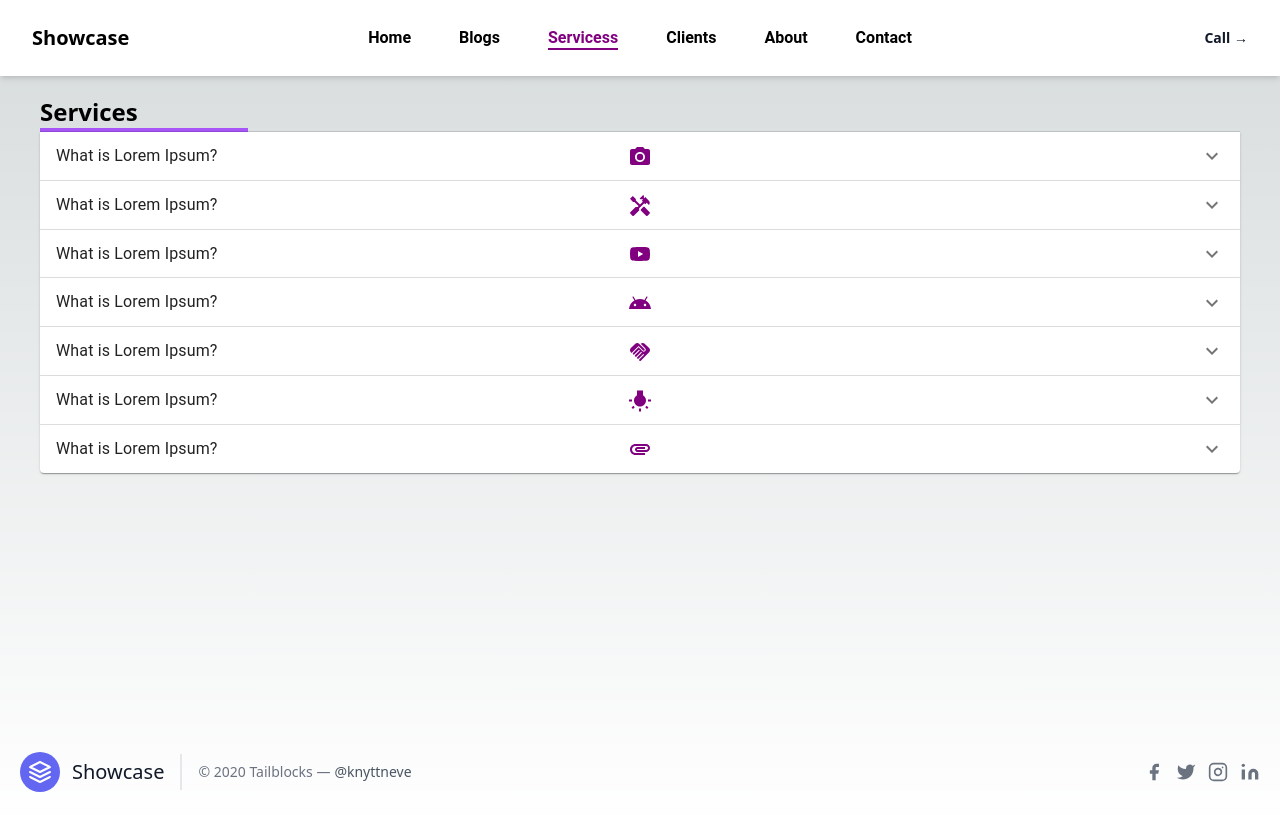
Repository: prashant523580/showcase
Page: /services
An editor plug-in stored every save of this project. The page is shown before and after the next save, followed by the edit.
The browser window is 1280 px wide. The pictures show the whole page.
The project was rebuilt for these pictures with package versions that can differ from the ones it lists, and the page was loaded fresh each time. The framework's server and built-in components were replaced by stand-ins that run in the browser. Also part of the build but not shown: next.config.js.

Above is the page before, as saved 2023-03-25 18:16:29.

### src/pages/_app.tsx
import Footer from '@/components/Footer'
import Navbar from '@/components/Navbar'
import React from "react";
import '@/styles/globals.css'
import type { AppProps } from 'next/app'
import AOS from "aos";
import "aos/dist/aos.css"
export default function App({ Component, pageProps }: AppProps) {
  React.useEffect(()=>{
      AOS.init()
  },[])
  return(
<>
    <Navbar/>
    <Component {...pageProps} />
    <Footer/>
</>
    )
}

### src/pages/services.tsx
import * as React from 'react';
import Accordion from '@mui/material/Accordion';
import AccordionDetails from '@mui/material/AccordionDetails';
import AccordionSummary from '@mui/material/AccordionSummary';
import Typography from '@mui/material/Typography';
import ExpandMoreIcon from '@mui/icons-material/ExpandMore';
import CameraAltIcon from '@mui/icons-material/CameraAlt';
import YouTubeIcon from '@mui/icons-material/YouTube';
import HandymanIcon from '@mui/icons-material/Handyman';
import AndroidIcon from '@mui/icons-material/Android';
import WbIncandescentIcon from '@mui/icons-material/WbIncandescent';
import HandshakeIcon from '@mui/icons-material/Handshake';
import AttachmentIcon from '@mui/icons-material/Attachment';
import htmlParser from "react-html-parser"
const services = [
    {
        id:"1",
        label: "What is Lorem Ipsum?",
        icon: <CameraAltIcon/>,
        description:"Lorem Ipsum is simply dummy text of the printing and typesetting industry. Lorem Ipsum has been the industry&apos;s standard dummy text ever since the 1500s, when an unknown printer took a galley of type and scrambled it to make a type specimen book. It has survived not only five centuries, but also the leap into electronic typesetting, remaining essentially unchanged. It was popularised in the 1960s with the release of Letraset sheets containing Lorem Ipsum passages, and more recently with desktop publishing software like Aldus PageMaker including versions of Lorem Ipsum."
    },
    {
        id:"2",
        label: "What is Lorem Ipsum?",
        icon:<HandymanIcon/>,
        description:"Lorem Ipsum is simply dummy text of the printing and typesetting industry. Lorem Ipsum has been the industry&apos;s standard dummy text ever since the 1500s, when an unknown printer took a galley of type and scrambled it to make a type specimen book. It has survived not only five centuries, but also the leap into electronic typesetting, remaining essentially unchanged. It was popularised in the 1960s with the release of Letraset sheets containing Lorem Ipsum passages, and more recently with desktop publishing software like Aldus PageMaker including versions of Lorem Ipsum."
    },
    {
        id:"3",
        label: "What is Lorem Ipsum?",
        icon:<YouTubeIcon/>,
        description:"Lorem Ipsum is simply dummy text of the printing and typesetting industry. Lorem Ipsum has been the industry&apos;s standard dummy text ever since the 1500s, when an unknown printer took a galley of type and scrambled it to make a type specimen book. It has survived not only five centuries, but also the leap into electronic typesetting, remaining essentially unchanged. It was popularised in the 1960s with the release of Letraset sheets containing Lorem Ipsum passages, and more recently with desktop publishing software like Aldus PageMaker including versions of Lorem Ipsum."
    },
    {
        id:"4",
        label: "What is Lorem Ipsum?",
        icon:<AndroidIcon/>,
        description:"Lorem Ipsum is simply dummy text of the printing and typesetting industry. Lorem Ipsum has been the industry&apos;s standard dummy text ever since the 1500s, when an unknown printer took a galley of type and scrambled it to make a type specimen book. It has survived not only five centuries, but also the leap into electronic typesetting, remaining essentially unchanged. It was popularised in the 1960s with the release of Letraset sheets containing Lorem Ipsum passages, and more recently with desktop publishing software like Aldus PageMaker including versions of Lorem Ipsum."
    },
    {
        id:"5",
        label: "What is Lorem Ipsum?",
        icon:<HandshakeIcon/>,
        description:"Lorem Ipsum is simply dummy text of the printing and typesetting industry. Lorem Ipsum has been the industry&apos;s standard dummy text ever since the 1500s, when an unknown printer took a galley of type and scrambled it to make a type specimen book. It has survived not only five centuries, but also the leap into electronic typesetting, remaining essentially unchanged. It was popularised in the 1960s with the release of Letraset sheets containing Lorem Ipsum passages, and more recently with desktop publishing software like Aldus PageMaker including versions of Lorem Ipsum."
    },
    {
        id:"6",
        label: "What is Lorem Ipsum?",
        icon:<WbIncandescentIcon/>,
        description:"Lorem Ipsum is simply dummy text of the printing and typesetting industry. Lorem Ipsum has been the industry&apos;s standard dummy text ever since the 1500s, when an unknown printer took a galley of type and scrambled it to make a type specimen book. It has survived not only five centuries, but also the leap into electronic typesetting, remaining essentially unchanged. It was popularised in the 1960s with the release of Letraset sheets containing Lorem Ipsum passages, and more recently with desktop publishing software like Aldus PageMaker including versions of Lorem Ipsum."
    },
    {
        id:"7",
        label: "What is Lorem Ipsum?",
        icon:<AttachmentIcon/>,
        description:"Lorem Ipsum is simply dummy text of the printing and typesetting industry. Lorem Ipsum has been the industry&apos;s standard dummy text ever since the 1500s, when an unknown printer took a galley of type and scrambled it to make a type specimen book. It has survived not only five centuries, but also the leap into electronic typesetting, remaining essentially unchanged. It was popularised in the 1960s with the release of Letraset sheets containing Lorem Ipsum passages, and more recently with desktop publishing software like Aldus PageMaker including versions of Lorem Ipsum."
    },
]
export default function Sercices() {
  const [expanded, setExpanded] = React.useState<string | false>(false);

  const handleChange =
    (panel: string) => (event: React.SyntheticEvent, isExpanded: boolean) => {
      setExpanded(isExpanded ? panel : false);
    };

  return (
    <div className='py-24 px-10 h-[100vh]'>
        <h1 className='font-bold text-2xl'>Services</h1>
        <div  className='w-52 h-1 bg-purple-500'></div>
        {
            services.map((service,ind) => {
                return(

                <Accordion expanded={expanded === `panel${ind}`} onChange={handleChange(`panel${ind}`)}>
                    <AccordionSummary
                    expandIcon={<ExpandMoreIcon />}
                    aria-controls="panel1bh-content"
                    id="panel1bh-header"
                    >
                    <Typography sx={{ width: '50%', flexShrink: 0 }}>
                        {service.label}
                    </Typography>
                    <Typography sx={{ color: 'purple' }}>{service.icon}</Typography>
                    </AccordionSummary>
                    <AccordionDetails>
                    <Typography>
                       {htmlParser(service.description)}
                    </Typography>
                    </AccordionDetails>
                </Accordion>
                )
            })
        }

    </div>
  );
}

### src/components/Footer.tsx
import React from 'react'

export default function Footer() {
  return (
    <footer className="text-gray-600 body-font">
  <div className="container px-5 py-8 mx-auto flex items-center sm:flex-row flex-col">
    <a className="flex title-font font-medium items-center md:justify-start justify-center text-gray-900">
      <svg xmlns="http://www.w3.org/2000/svg" fill="none" stroke="currentColor" stroke-linecap="round" stroke-linejoin="round" stroke-width="2" className="w-10 h-10 text-white p-2 bg-indigo-500 rounded-full" viewBox="0 0 24 24">
        <path d="M12 2L2 7l10 5 10-5-10-5zM2 17l10 5 10-5M2 12l10 5 10-5"></path>
      </svg>
      <span className="ml-3 text-xl">Showcase</span>
    </a>
    <p className="text-sm text-gray-500 sm:ml-4 sm:pl-4 sm:border-l-2 sm:border-gray-200 sm:py-2 sm:mt-0 mt-4">© 2020 Tailblocks —
      <a href="https://twitter.com/knyttneve" className="text-gray-600 ml-1" rel="noopener noreferrer" target="_blank">@knyttneve</a>
    </p>
    <span className="inline-flex sm:ml-auto sm:mt-0 mt-4 justify-center sm:justify-start">
      <a className="text-gray-500">
        <svg fill="currentColor" stroke-linecap="round" stroke-linejoin="round" stroke-width="2" className="w-5 h-5" viewBox="0 0 24 24">
          <path d="M18 2h-3a5 5 0 00-5 5v3H7v4h3v8h4v-8h3l1-4h-4V7a1 1 0 011-1h3z"></path>
        </svg>
      </a>
      <a className="ml-3 text-gray-500">
        <svg fill="currentColor" stroke-linecap="round" stroke-linejoin="round" stroke-width="2" className="w-5 h-5" viewBox="0 0 24 24">
          <path d="M23 3a10.9 10.9 0 01-3.14 1.53 4.48 4.48 0 00-7.86 3v1A10.66 10.66 0 013 4s-4 9 5 13a11.64 11.64 0 01-7 2c9 5 20 0 20-11.5a4.5 4.5 0 00-.08-.83A7.72 7.72 0 0023 3z"></path>
        </svg>
      </a>
      <a className="ml-3 text-gray-500">
        <svg fill="none" stroke="currentColor" stroke-linecap="round" stroke-linejoin="round" stroke-width="2" className="w-5 h-5" viewBox="0 0 24 24">
          <rect width="20" height="20" x="2" y="2" rx="5" ry="5"></rect>
          <path d="M16 11.37A4 4 0 1112.63 8 4 4 0 0116 11.37zm1.5-4.87h.01"></path>
        </svg>
      </a>
      <a className="ml-3 text-gray-500">
        <svg fill="currentColor" stroke="currentColor" stroke-linecap="round" stroke-linejoin="round" stroke-width="0" className="w-5 h-5" viewBox="0 0 24 24">
          <path stroke="none" d="M16 8a6 6 0 016 6v7h-4v-7a2 2 0 00-2-2 2 2 0 00-2 2v7h-4v-7a6 6 0 016-6zM2 9h4v12H2z"></path>
          <circle cx="4" cy="4" r="2" stroke="none"></circle>
        </svg>
      </a>
    </span>
  </div>
</footer>
  )
}

### src/components/Navbar.tsx
// import React from 'react'

// export default function Navbar() {
//   return (
//     <header className="text-gray-600 body-font">
//   <div className="container mx-auto flex flex-wrap p-5 flex-col md:flex-row items-center">
//     <nav className="flex lg:w-2/5 flex-wrap items-center text-base md:ml-auto">
//       <a className="mr-5 hover:text-gray-900">First Link</a>
//       <a className="mr-5 hover:text-gray-900">Second Link</a>
//       <a className="mr-5 hover:text-gray-900">Third Link</a>
//       <a className="hover:text-gray-900">Fourth Link</a>
//     </nav>
//     <a className="flex order-first lg:order-none lg:w-1/5 title-font font-medium items-center text-gray-900 lg:items-center lg:justify-center mb-4 md:mb-0">
//       <svg xmlns="http://www.w3.org/2000/svg" fill="none" stroke="currentColor" stroke-linecap="round" stroke-linejoin="round" stroke-width="2" className="w-10 h-10 text-white p-2 bg-indigo-500 rounded-full" viewBox="0 0 24 24">
//         <path d="M12 2L2 7l10 5 10-5-10-5zM2 17l10 5 10-5M2 12l10 5 10-5"></path>
//       </svg>
//       <span className="ml-3 text-xl">Tailblocks</span>
//     </a>
//     <div className="lg:w-2/5 inline-flex lg:justify-end ml-5 lg:ml-0">
//       <button className="inline-flex items-center bg-gray-100 border-0 py-1 px-3 focus:outline-none hover:bg-gray-200 rounded text-base mt-4 md:mt-0">Button
//         <svg fill="none" stroke="currentColor" stroke-linecap="round" stroke-linejoin="round" stroke-width="2" className="w-4 h-4 ml-1" viewBox="0 0 24 24">
//           <path d="M5 12h14M12 5l7 7-7 7"></path>
//         </svg>
//       </button>
//     </div>
//   </div>
// </header>
//   )
// }
import React, { useState } from 'react'
import {useRouter} from "next/router"
import { Dialog } from '@headlessui/react'
import { Bars3Icon, XMarkIcon } from '@heroicons/react/24/outline'
import Link from 'next/link'

const navigation = [
  { name: 'Home', href: '/' },
  { name: 'Blogs', href: '/blogs' },
  { name: 'Servicess', href: '/services' },
  { name: 'Clients', href: '/clients' },
  { name: 'About', href: '/about' },
  { name: 'Contact', href: '/contact' },
]
function ActiveLink({ children, href } : any) {
  const router = useRouter();
  const style = {
      // padding: 10,
    // marginRight: 10,
    fontWeight:"bold",
    color: router.asPath === href ? 'purple' : 'black',
    boxShadow:  router.asPath === href ? "inset 0 -2px 0 0 purple" : "none",
    fontFamily: "'Roboto', sans-serif",
  }

  const handleClick = (e : any) => {
    e.preventDefault()
    router.push(href)
  }

  return (
    <a href={href} onClick={handleClick} style={style}>
      {children}
    </a>
  )
}
export default function Example() {
  const [mobileMenuOpen, setMobileMenuOpen] = useState(false)

  return (
    <div className="bg-white">
      <header className="absolute shadow-md bg-white inset-x-0 top-0 z-50">
        <nav className="flex items-center justify-between p-6 lg:px-8" aria-label="Global">
          <div className="flex lg:flex-1">
            <Link href="/" className="-m-1.5 p-1.5">
              <span className="sr-only">Showcase</span>
              {/* <img
                className="h-8 w-auto"
                src="https://tailwindui.com/img/logos/mark.svg?color=indigo&shade=600"
                alt=""
              /> */}
              <h1 className='font-bold text-xl'>Showcase</h1>
            </Link>
          </div>
          <div className="flex lg:hidden">
            <button
              type="button"
              className="-m-2.5 inline-flex items-center justify-center rounded-md p-2.5 text-gray-700"
              onClick={() => setMobileMenuOpen(true)}
            >
              <span className="sr-only">Open main menu</span>
              <Bars3Icon className="h-6 w-6" aria-hidden="true" />
            </button>
          </div>
          <div className="hidden lg:flex lg:gap-x-12">
            {navigation.map((item) => (
              <ActiveLink key={item.name} href={item.href}>
                {item.name}
              </ActiveLink>
            ))}
          </div>
          <div className="hidden lg:flex lg:flex-1 lg:justify-end">
            <Link href="tel:+9779816514719" className="text-sm font-semibold leading-6 text-gray-900">
              Call <span aria-hidden="true">&rarr;</span>
            </Link>
          </div>
        </nav>
        <Dialog as="div" className="lg:hidden transition-all" open={mobileMenuOpen} onClose={setMobileMenuOpen}>
          <div className="fixed inset-0 z-50  transition-all" />
          <Dialog.Panel className="fixed transition-all inset-y-0 right-0 z-50 w-full overflow-y-auto bg-white px-6 py-6 sm:max-w-sm sm:ring-1 sm:ring-gray-900/10">
            <div className="flex items-center justify-between">
              <Link href="#" className="-m-1.5 p-1.5">
                <span className="sr-only">Showcase</span>
                <img
                  className="h-8 w-auto"
                  src="https://tailwindui.com/img/logos/mark.svg?color=indigo&shade=600"
                  alt=""
                />
              </Link>
              <button
                type="button"
                className="-m-2.5 rounded-md p-2.5 text-gray-700"
                onClick={() => setMobileMenuOpen(false)}
              >
                <span className="sr-only">Close menu</span>
                <XMarkIcon className="h-6 w-6" aria-hidden="true" />
              </button>
            </div>
            <div className="mt-6 flow-root">
              <div className="-my-6 divide-y divide-gray-500/10">
                <div className="space-y-2 py-6">
                  {navigation.map((item) => (
                    <Link
                      key={item.name}
                      href={item.href}
                      className="-mx-3 block rounded-lg py-2 px-3 text-base font-semibold leading-7 text-gray-900 hover:bg-gray-50"
                    >
                      {item.name}
                    </Link>
                  ))}
                </div>
                <div className="py-6">
                  <Link
                    href="#"
                    className="-mx-3 block rounded-lg py-2.5 px-3 text-base font-semibold leading-7 text-gray-900 hover:bg-gray-50"
                  >
                    Log in
                  </Link>
                </div>
              </div>
            </div>
          </Dialog.Panel>
        </Dialog>
      </header>


    </div>
  )
}

### src/styles/globals.css
@tailwind base;
@tailwind components;
@tailwind utilities;
@import url('https://fonts.googleapis.com/css2?family=Aclonica&family=Caveat&family=DM+Serif+Text&family=Oswald&family=Roboto&family=Vollkorn&display=swap');

:root {
  --max-width: 1100px;
  --border-radius: 12px;
  --font-mono: ui-monospace, Menlo, Monaco, 'Cascadia Mono', 'Segoe UI Mono',
    'Roboto Mono', 'Oxygen Mono', 'Ubuntu Monospace', 'Source Code Pro',
    'Fira Mono', 'Droid Sans Mono', 'Courier New', monospace;

  --foreground-rgb: 0, 0, 0;
  --background-start-rgb: 214, 219, 220;
  --background-end-rgb: 255, 255, 255;

  --primary-glow: conic-gradient(
    from 180deg at 50% 50%,
    #16abff33 0deg,
    #0885ff33 55deg,
    #54d6ff33 120deg,
    #0071ff33 160deg,
    transparent 360deg
  );
  --secondary-glow: radial-gradient(
    rgba(255, 255, 255, 1),
    rgba(255, 255, 255, 0)
  );

  --tile-start-rgb: 239, 245, 249;
  --tile-end-rgb: 228, 232, 233;
  --tile-border: conic-gradient(
    #00000080,
    #00000040,
    #00000030,
    #00000020,
    #00000010,
    #00000010,
    #00000080
  );

  --callout-rgb: 238, 240, 241;
  --callout-border-rgb: 172, 175, 176;
  --card-rgb: 180, 185, 188;
  --card-border-rgb: 131, 134, 135;
}

@media (prefers-color-scheme: dark) {
  :root {
    --foreground-rgb: 255, 255, 255;
    --background-start-rgb: 0, 0, 0;
    --background-end-rgb: 0, 0, 0;

    --primary-glow: radial-gradient(rgba(1, 65, 255, 0.4), rgba(1, 65, 255, 0));
    --secondary-glow: linear-gradient(
      to bottom right,
      rgba(1, 65, 255, 0),
      rgba(1, 65, 255, 0),
      rgba(1, 65, 255, 0.3)
    );

    --tile-start-rgb: 2, 13, 46;
    --tile-end-rgb: 2, 5, 19;
    --tile-border: conic-gradient(
      #ffffff80,
      #ffffff40,
      #ffffff30,
      #ffffff20,
      #ffffff10,
      #ffffff10,
      #ffffff80
    );

    --callout-rgb: 20, 20, 20;
    --callout-border-rgb: 108, 108, 108;
    --card-rgb: 100, 100, 100;
    --card-border-rgb: 200, 200, 200;
  }
}

* {
  box-sizing: border-box;
  padding: 0;
  margin: 0;
}

html,
body {
  max-width: 100vw;
  overflow-x: hidden;

}

body {
  color: rgb(var(--foreground-rgb));
  background: linear-gradient(
      to bottom,
      transparent,
      rgb(var(--background-end-rgb))
    )
    rgb(var(--background-start-rgb));
      /*
    font-family: 'Vollkorn', serif;
    font-family: 'Oswald', sans-serif;
    font-family: 'Aclonica', sans-serif;
    font-family: 'Caveat', cursive;
    font-family: 'DM Serif Text', serif;
    font-family: 'Roboto', sans-serif;
    */
}

a {
  color: inherit;
  text-decoration: none;
}

@media (prefers-color-scheme: dark) {
  html {
    color-scheme: dark;
  }
}

Loaded but not shown: src/pages/_document.tsx (common file); tailwind.config.js (common file)

After the next save:
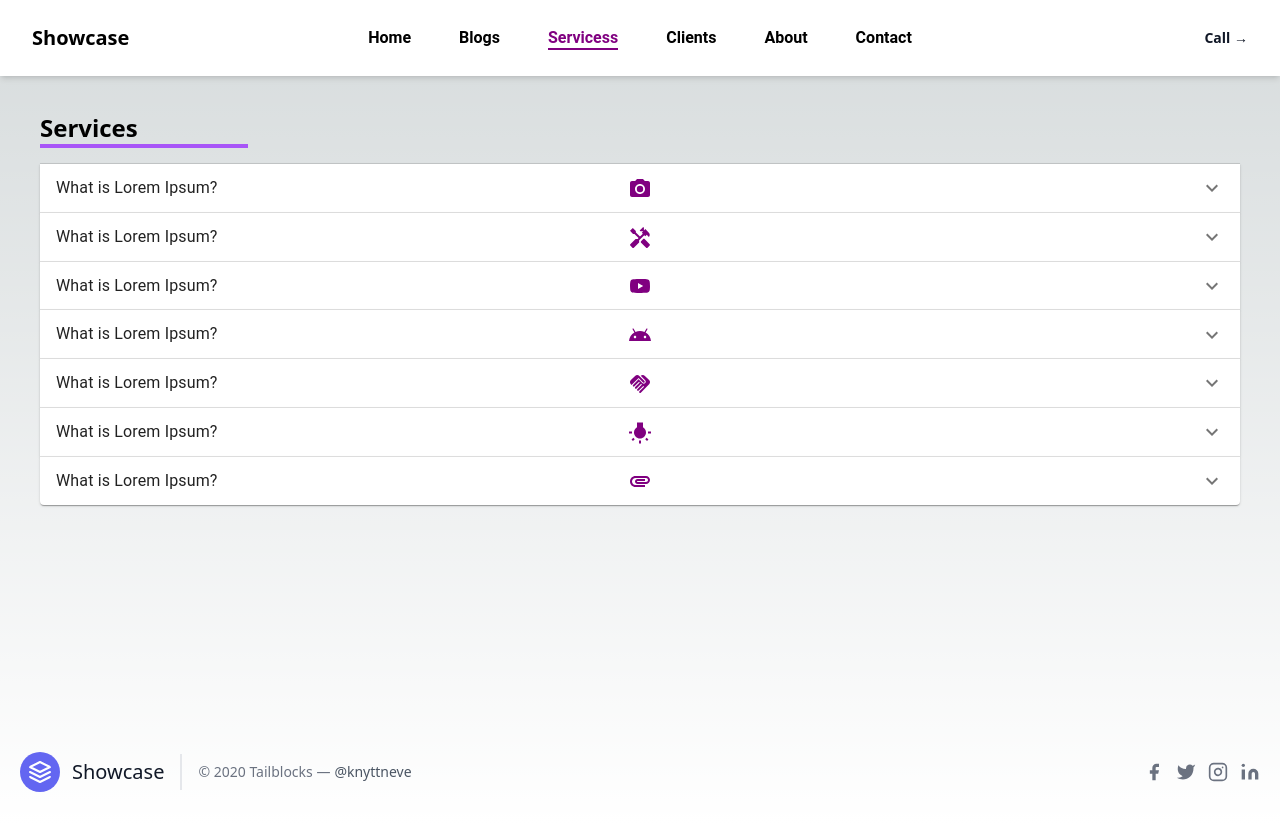
Saved 20 s later.
--- a/src/pages/services.tsx
+++ b/src/pages/services.tsx
@@ -66,8 +66,11 @@ export default function Sercices() {
 
   return (
     <div className='py-24 px-10 h-[100vh]'>
+        <div className="py-4">
+
         <h1 className='font-bold text-2xl'>Services</h1>
         <div  className='w-52 h-1 bg-purple-500'></div>
+        </div>
         {
             services.map((service,ind) => {
                 return(
